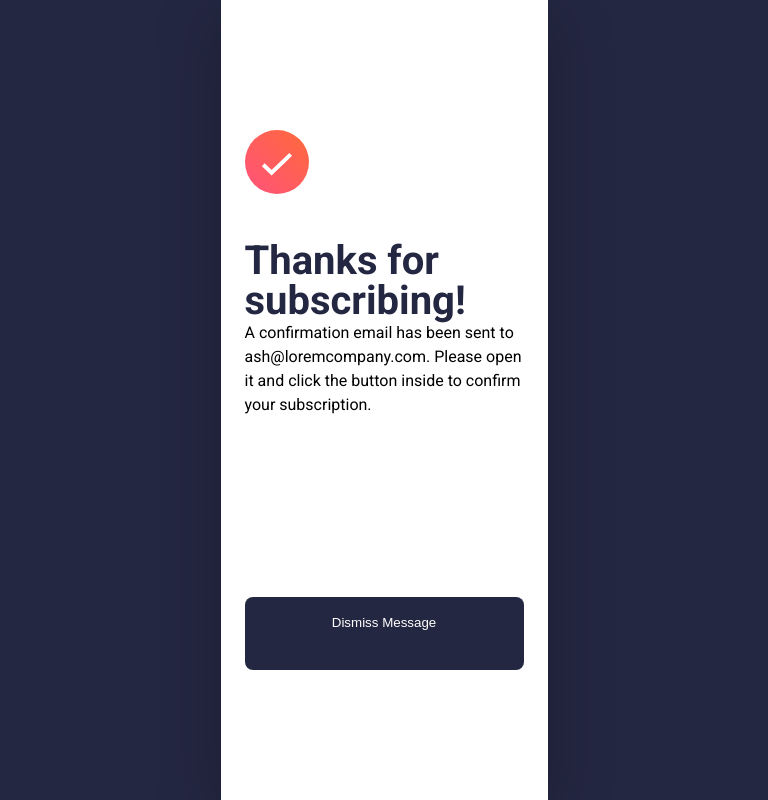
Repository: brandontaylor1/newsletter-signup
Page: success.html
The author's editor kept a copy of each file at every save. The page is drawn from the files as they stood at one save, then again after the next save.
The browser window is 768 px wide. The pictures show the whole page.

Above is the page before, as saved 2025-01-20 10:33:43.

### success.html
<!DOCTYPE html>
<html lang="en">
<head>
    <meta charset="UTF-8">
    <meta name="viewport" content="width=device-width, initial-scale=1.0">
    <link rel="preconnect" href="https://fonts.googleapis.com">
    <link rel="preconnect" href="https://fonts.gstatic.com" crossorigin>
    <link href="https://fonts.googleapis.com/css2?family=Roboto:ital,wght@0,100..900;1,100..900&display=swap" rel="stylesheet">
    <link rel="stylesheet" href="success.css">
    <title>Success | Newsletter Sign Up</title>
</head>
<body>
    <main class="container">
        <div class="success-card">
            <div class="success-card-text">
                <img src="./assets/images/icon-success.svg" alt="success icon">
                <h1>Thanks for subscribing!</h1>
                <p>A confirmation email has been sent to <span>ash@loremcompany.com</span>. Please open it and click the button inside to confirm your subscription.</p>
            </div>
            <button id="dismiss-btn">Dismiss Message</button>
        </div>
    </main>


    <script src="success.js"></script>
</body>
</html>

### success.css
* {
    margin: 0;
    padding: 0;
    box-sizing: border-box;
}

:root {
    /* COLORS */

    --primary-color-tomato: hsl(4, 100%, 67%);
    --neutral-color-white: hsl(0, 0%, 100%);
    --neutral-color-darkGray: hsl(234, 29%, 20%);
    --neutral-color-charcoalGray: hsl(235, 18%, 26%);
    --neutral-color-gray: hsl(231, 7%, 60%);

    /* FONTS */
    --fontWeight-regular: 400;
    --fontWeight-heavy: 700;
}

body {
    font-family: "Roboto", sans-serif;
    font-size: 16px;
    line-height: 1.5;
}

.container {
    display: flex;
    justify-content: center;
    align-items: center;
    height: 100vh;
    background-color: var(--neutral-color-darkGray);
}

.success-card {
    width: 504px;
    height: 520px;
    background-color: var(--neutral-color-white);
    border-radius: 36px;
    box-shadow: 0px 15px 60px 0px rgba(0, 0, 0, 0.25);
    padding: 64px 64px;
    display: flex;
    flex-direction: column;
    justify-content: space-between;
    align-items: left;

}

.success-card h1 {
    color: var(--neutral-color-darkGray);
    /* Heading */
    font-family: Roboto;
    font-size: 56px;
    font-style: normal;
    font-weight: 700;
    line-height: 100%; /* 56px */
}

.success-card img {
    width: 64px;
    height: 64px;
}

button {
    width: 100%;
    padding: 18px 0;
    text-align: center;
    border: none;
    cursor: pointer;
    border-radius: 8px;
    background: var(--Dark-Navy, #242742);
    color: white;
    transition: all 0.3s ease;
}

button:hover {
    background: var(--Gradient-1, linear-gradient(204deg, #FF6A3A 0%, #FF527B 100%));
    box-shadow: 0px 16px 32px 0px rgba(255, 97, 85, 0.50);
}


/* Responsive */

@media screen and (max-width: 800px) {

    .container {
        display: flex;
        flex-direction: column;
        align-items: center;
        justify-content: center;
    }

    .success-card {
        width: 327px;
        height: 812px;
        padding: 40px 24px;
        border-radius: 0px;
        display: flex;
        flex-direction: column;
        justify-content: space-around;
        align-items: center;
    }

    .success-card h1 {
        width: 100%;
        color: var(--Dark-Navy, #242742);
        font-family: Roboto;
        font-size: 40px;
        font-style: normal;
        font-weight: 700;
        line-height: 100%;
    }

    .success-card img {
        width: 64px;
        height: 64px;
        margin-bottom: 40px;
    }

    #dismiss-btn {
        padding-bottom: 40px;

    }
}

### success.js
const dismissBtn = document.querySelector('#dismiss-btn');

dismissBtn.addEventListener('click', () => {
    window.location.href = 'index.html';
})

After the next save:
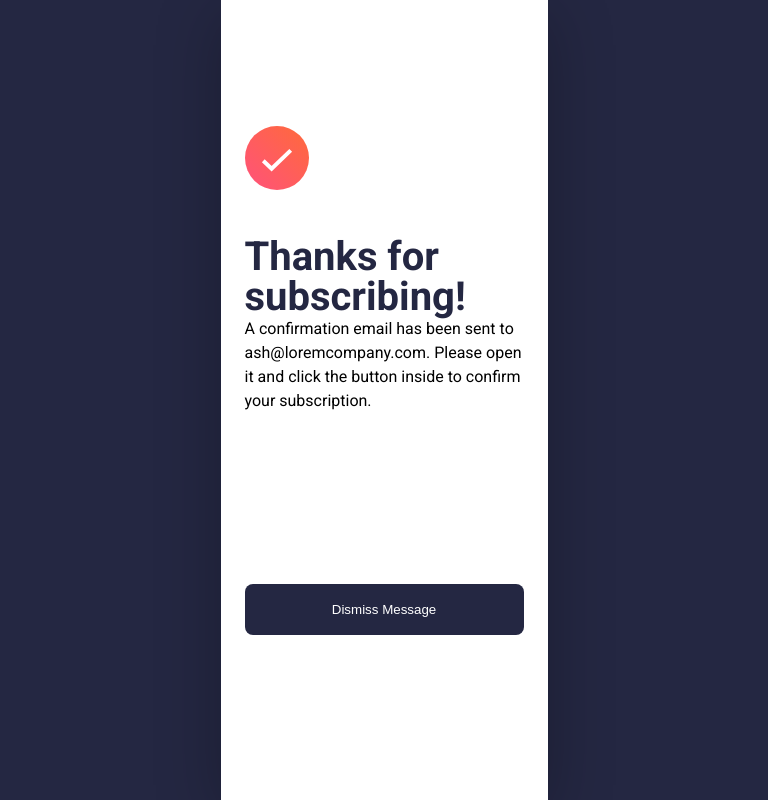
Saved 7 s later.
--- a/success.css
+++ b/success.css
@@ -118,7 +118,7 @@ button:hover {
     }
 
     #dismiss-btn {
-        padding-bottom: 40px;
+        margin-bottom: 40px;
 
     }
 }
